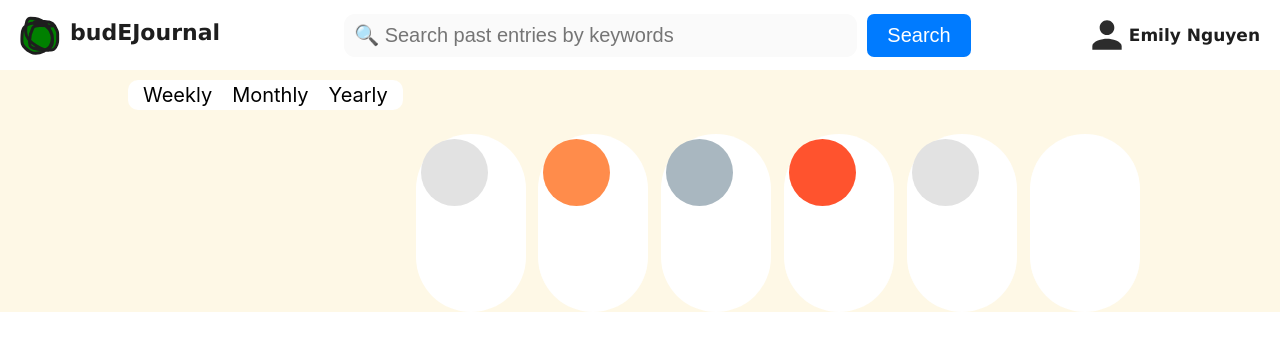
Repository: BaileyLuu/budejournal
Page: /
An editor plug-in stored every save of this project. The page is shown before and after the next save, followed by the edit.
The browser window is 1280 px wide. The pictures show the whole page.
The project was rebuilt for these pictures with package versions that can differ from the ones it lists, and the page was loaded fresh each time. Also part of the build but not shown: src/pages/Home.js.

Above is the page before, as saved 2023-09-16 21:34:10.

### src/components/Navbar.js
import React, {useState} from 'react';
import './navbar.css'
const Navbar = () => {
  // need to add some userState here when user search past entries by keywords
  // and the onClick handler when user click search button
  const [searchKeywords, setSearchKeywords] = useState('')
  const handleSearchKeywords = (e) => {
    setSearchKeywords(e.target.value)
  }
  const handleSearch = ()=> {
    alert(searchKeywords)
  }

  return (
    <nav className="navbar">
      <div className="navbar-logo">
        <svg xmlns="http://www.w3.org/2000/svg" width="40" height="39" viewBox="0 0 40 39" fill="green">
          <path d="M32.2572 9.93512C28.647 9.93512 25.0058 9.50361 21.3736 9.50361C18.5545 9.50361 14.3076 8.99662 12.7914 11.9728C10.7255 16.028 9.63294 20.0533 9.60307 24.6543C9.58979 26.6986 9.16434 29.4896 10.9455 30.9591C12.8024 32.491 15.5242 33.0241 17.8496 33.3563C21.8908 33.9336 27.5229 33.9755 30.651 30.9591C32.909 28.7818 32.4921 25.5923 32.4729 22.7365C32.4414 18.0469 30.7636 14.0345 27.0791 11.0139C25.3639 9.6077 22.9308 8.02586 20.7383 7.48991C19.3171 7.14251 17.7043 7.32435 16.2435 7.17827C13.1567 6.86959 9.99712 7.02607 7.39759 8.85635C5.9706 9.86107 4.26017 10.8263 3.46608 12.4522C2.53474 14.3593 2.07932 16.8255 2.0517 18.9248C2.01512 21.7048 1.56037 25.0772 2.30341 27.7707C2.7832 29.51 4.30852 31.1782 5.5517 32.4214C6.79537 33.6651 8.12802 34.714 9.71094 35.4899C10.7344 35.9916 11.8281 36.9422 12.9832 37.0721C16.6211 37.4814 20.0419 37.1757 23.2674 35.442C25.926 34.013 28.6848 32.7071 30.2674 29.9522C31.8907 27.1265 32.4454 24.3578 32.2092 21.1303C32.081 19.378 31.5637 17.8693 30.8548 16.2879C29.9798 14.3361 29.4302 12.2643 28.2418 10.4625C25.9351 6.9654 22.0563 4.48141 18.1733 3.05499C15.9148 2.22533 12.8432 2.168 10.4421 2.168C8.0435 2.168 7.60785 3.09333 6.89416 5.10464C5.62747 8.67441 5.54884 12.7713 5.73149 16.5156C6.0155 22.3377 12.1813 27.2627 16.615 30.12C19.0655 31.6992 21.6402 33.0634 24.49 33.7759C26.582 34.2988 28.8294 34.0995 30.9746 34.0995C35.0359 34.0995 37.0507 29.2464 37.5311 26.0207C37.82 24.081 37.651 22.0303 37.651 20.0755C37.651 18.4952 37.8672 16.6603 37.1955 15.1731C35.9731 12.4664 35.1016 9.71032 32.7007 7.78957C31.6795 6.97263 30.1408 6.42936 28.913 6.05156C27.3869 5.58201 25.9172 5.79644 24.3822 5.51218C21.8709 5.04713 18.9458 4.96218 16.4233 5.30841C15.0453 5.49754 14.029 6.20885 13.2709 7.34608" stroke="#1E1E1E" stroke-width="3" stroke-linecap="round" />
        </svg>
        <span className="logo-name">budEJournal</span>
      </div>
      <div className="navbar-search">
        <input type="text" placeholder="🔍 Search past entries by keywords" value={searchKeywords} onChange={handleSearchKeywords} />
        <button onClick={handleSearch}>Search</button>
      </div>
      <div className="navbar-user">
        <svg xmlns="http://www.w3.org/2000/svg" width="44" height="44" viewBox="0 0 44 44" fill="none">
          <path d="M22 22C26.0517 22 29.3333 18.7183 29.3333 14.6667C29.3333 10.615 26.0517 7.33334 22 7.33334C17.9483 7.33334 14.6667 10.615 14.6667 14.6667C14.6667 18.7183 17.9483 22 22 22ZM22 25.6667C17.105 25.6667 7.33334 28.1233 7.33334 33V36.6667H36.6667V33C36.6667 28.1233 26.895 25.6667 22 25.6667Z" fill="#2C2C2C" />
        </svg>
        <span className="username-fontstyle">Emily Nguyen</span>
      </div>
    </nav>
  );
};

export default Navbar;

### src/components/Emoji.js
import React, { useState } from 'react';
import './emoji.css'

export default function Emoji() {
    return (
        <>
            <div className="emojiBG">
                <div className="emoji-period">
                    <div className="period">Weekly</div>
                    <div className="period">Monthly</div>
                    <div className='period'>Yearly</div>
                    {/* <button className="period-btn">Weekly</button>
                    <button className="period-btn">Monthly</button>
                    <button className="period-btn">Yearly</button> */}
                </div>
                <div className="emoji-mood">
                    <svg xmlns="http://www.w3.org/2000/svg" width="67" height="67" viewBox="0 0 67 67" fill="none">
                        <circle cx="33.5" cy="33.5" r="33.5" fill="#E2E2E2" />
                    </svg>
                </div>
                <div className="emoji-mood">
                    <svg xmlns="http://www.w3.org/2000/svg" width="67" height="67" viewBox="0 0 67 67" fill="none">
                        <circle cx="33.5" cy="33.5" r="33.5" fill="#FF8C4B" />
                    </svg>
                </div>
                <div className="emoji-mood">
                    <svg xmlns="http://www.w3.org/2000/svg" width="67" height="67" viewBox="0 0 67 67" fill="none">
                        <circle cx="33.5" cy="33.5" r="33.5" fill="#A9B7C0" />
                    </svg>
                </div>
                <div className="emoji-mood">
                <svg xmlns="http://www.w3.org/2000/svg" width="67" height="67" viewBox="0 0 67 67" fill="none">
  <circle cx="33.5" cy="33.5" r="33.5" fill="#FF532E"/>
</svg>
                </div>
                <div className="emoji-mood">
                <svg xmlns="http://www.w3.org/2000/svg" width="67" height="67" viewBox="0 0 67 67" fill="none">
  <circle cx="33.5" cy="33.5" r="33.5" fill="#E2E2E2"/>
</svg>
                </div>
                <div className="emoji-mood">

                </div>

                {/* <div className="mood-weekly">
                    <div className="mood">
                        <svg xmlns="http://www.w3.org/2000/svg" width="67" height="67" viewBox="0 0 67 67" fill="none">
                            <circle cx="33.5" cy="33.5" r="33.5" fill="#E2E2E2" />

                        </svg>

                    </div>
                </div> */}

            </div>

        </>

    );
}

### src/components/navbar.css
.navbar {
    display: flex;
    justify-content: space-between;
    align-items: center;
    background-color: #fff;
    color: #fff;
    padding: 10px 20px;
}

.navbar-logo {
    display: flex;
    margin-right: 10px;

}

.navbar-logo img {
    height: 50px;
}

.logo-name {
    color: #1E1E1E;
    font-family: Verdana;
    font-size: 22px;
    font-style: normal;
    font-weight: 700;
    line-height: 150%;
    margin-left:10px;
    align-items: center;
    /* 33px */
}

.navbar-search {
    display: flex;
    height: 50px;
    /* justify-content: center; */
    text-align: center;
    align-items: center;
    flex-grow: 0.5;
}

.navbar-search input[type="text"] {
    flex-grow: 1;
    width: 100%;
    padding: 10px;
    border: none;
    border-radius: 11px;
    background-color: #FAFAFA;
    font-size: 20px;
}

.navbar-search button {
    background-color: #007bff;
    color: #fff;
    border: none;
    border-radius: 7px;
    padding: 10px 20px;
    margin-left: 10px;
    cursor: pointer;
    font-size: 20px;
}

.navbar-user {
    display: flex;
    align-items: center;
}

.username-fontstyle {
    color: var(--black, #1E1E1E);
    font-family: Verdana;
    font-size: 17px;
    font-style: normal;
    font-weight: 700;
    line-height: 100%;
    /* 25.5px */
}

### src/components/emoji.css
.emojiBG{
    display:flex;
    background-color: #FEF8E6;
    width:100%;

}
.emoji-period{
    display:flex;
    margin-left:10%;
    margin-top:10px;
    flex-shrink: 0;
    border-radius:10px;
    padding:5px;
    height:20px;
    background-color: #ffffff;
    line-height: 0;
}
.period{
    display:inline-flex;
    height:auto;
    font-size:20px;
    padding:10px;
    border-radius: 10px;
    border-color:#ffffff;
    background-color:#ffffff;
    flex: 1;
    font-weight: 400;
    /* font-size:20px; */
    /* color: #3F3F3F;
    font-family: Inter;
    font-size: 16px;
    font-style: normal; */
    /* font-weight: 400; */
    /* line-height: normal; */
    padding:10px;
}
/* .mood-weekly{
    display:flex;
} */
/* .mood{
    width: 79px;
    height: 168px;
    flex-shrink: 0;
} */
.emoji-mood{
    display:flex;
    /* margin-left:10%; */
    margin-left:1%;
    margin-top:5%;
    /* flex-shrink: 0; */
    background-color: #ffffff;
    border-radius:100px;
    padding:5px;
    width: 100px;
    height: 168px;
}

Loaded but not shown: public/index.html (common file); src/index.js (common file); src/index.css (common file); src/App.js (common file); src/App.css (common file)

After the next save:
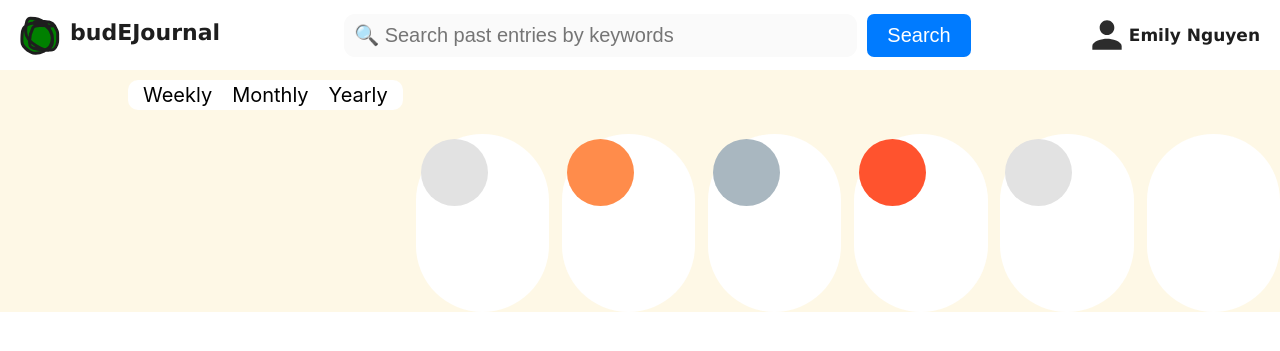
Saved 8 s later.
--- a/src/components/emoji.css
+++ b/src/components/emoji.css
@@ -51,6 +51,6 @@
     background-color: #ffffff;
     border-radius:100px;
     padding:5px;
-    width: 100px;
+    width: 750px;
     height: 168px;
 }
